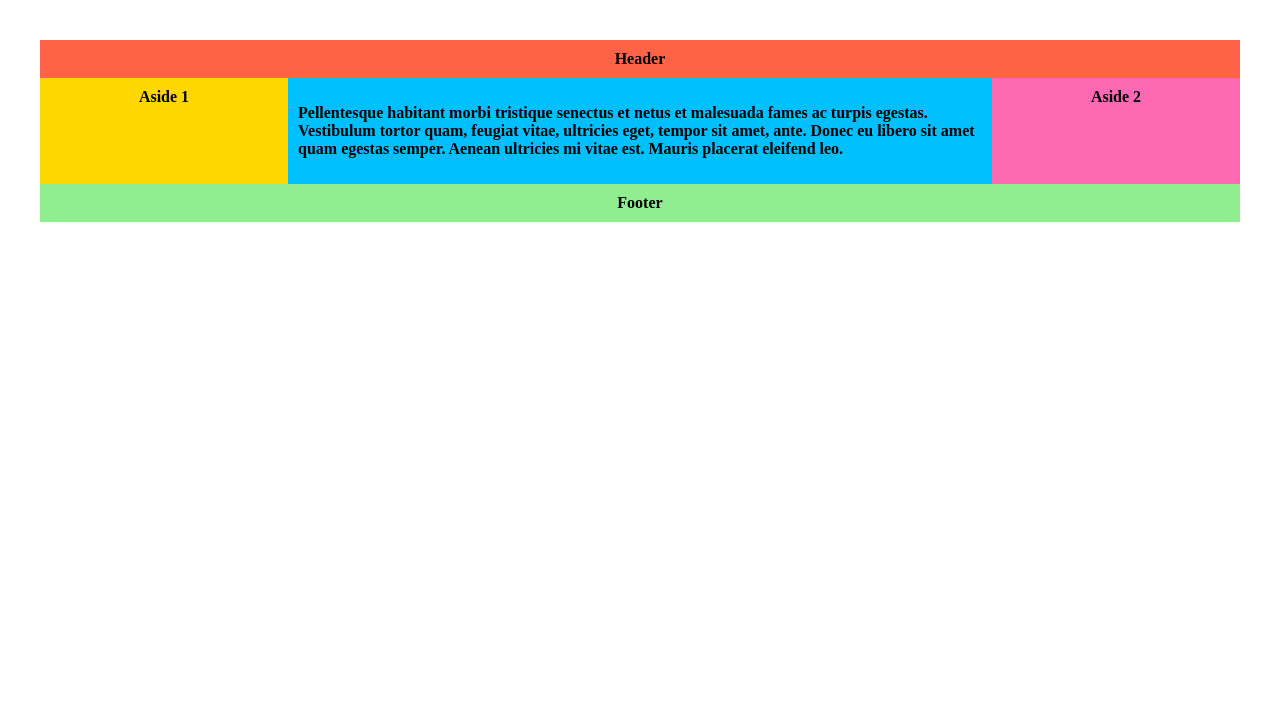
Repository: tiendungjr123/app-baicao
Page: /
These files come from the project's save history. The page is drawn as it stood at one moment and after the next save; the edit follows.
The browser window is 1280 px wide. The pictures show the whole page.
The project was rebuilt for these pictures with package versions that can differ from the ones it lists, and the page was loaded fresh each time. Also part of the build but not shown: src/index.css, src/Components/table.jsx.

Above is the page before, as saved 2022-10-10 23:29:32.

### src/index.js
import React from 'react';
import ReactDOM from 'react-dom/client';
import './index.css';
import App from './App';

const root = ReactDOM.createRoot(document.getElementById('root'));
root.render(
   <React.StrictMode>
      <App />
   </React.StrictMode>
);

### src/App.js
import './App.css';
import Table from './Components/table';

function App() {
   return (
      <div class="wrapper">
         <header class="header">Header</header>
         <article class="main">
            <p>Pellentesque habitant morbi tristique senectus et netus et malesuada fames ac turpis egestas. Vestibulum tortor quam, feugiat vitae, ultricies eget, tempor sit amet, ante. Donec eu libero sit amet quam egestas semper. Aenean ultricies mi vitae est. Mauris placerat eleifend leo.</p>
         </article>
         <aside class="aside aside-1">Aside 1</aside>
         <aside class="aside aside-2">Aside 2</aside>
         <footer class="footer">Footer</footer>
      </div>

   );
}

export default App;

### src/App.css
.wrapper {
   display: flex;
   flex-flow: row wrap;
   font-weight: bold;
   text-align: center;
}

.wrapper > * {
   padding: 10px;
   flex: 1 100%;
}

.header {
   background: tomato;
}

.footer {
   background: lightgreen;
}

.main {
   text-align: left;
   background: deepskyblue;
}

.aside-1 {
   background: gold;
}

.aside-2 {
   background: hotpink;
}

@media all and (min-width: 600px) {
   .aside {
      flex: 1 0 0;
   }
}

@media all and (min-width: 800px) {
   .main {
      flex: 3 0px;
   }
   .aside-1 {
      order: 1;
   }
   .main {
      order: 2;
   }
   .aside-2 {
      order: 3;
   }
   .footer {
      order: 4;
   }
}

body {
   padding: 2em;
}

Loaded but not shown: public/index.html (common file)

After the next save:
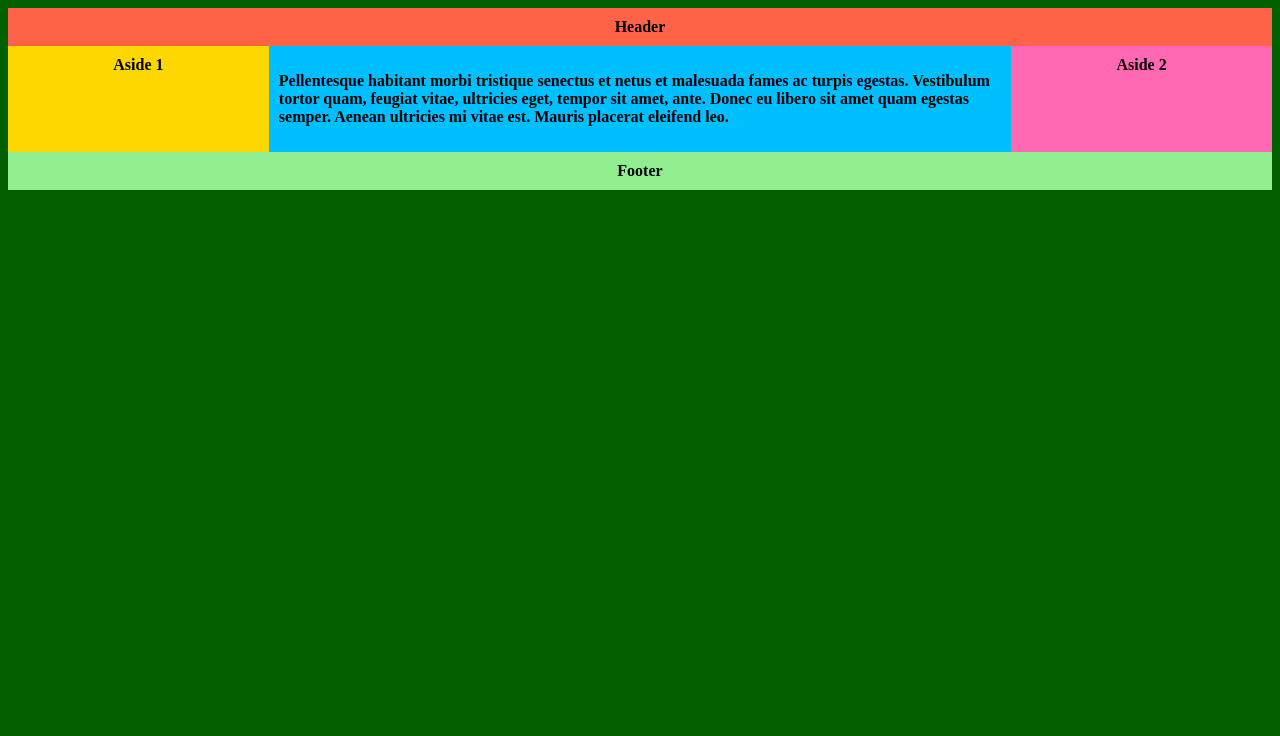
Saved 49 s later.
--- a/src/App.css
+++ b/src/App.css
@@ -56,5 +56,6 @@
 }
 
 body {
-   padding: 2em;
+   background-color: #015F00;
+   height: 100vh;
 }
